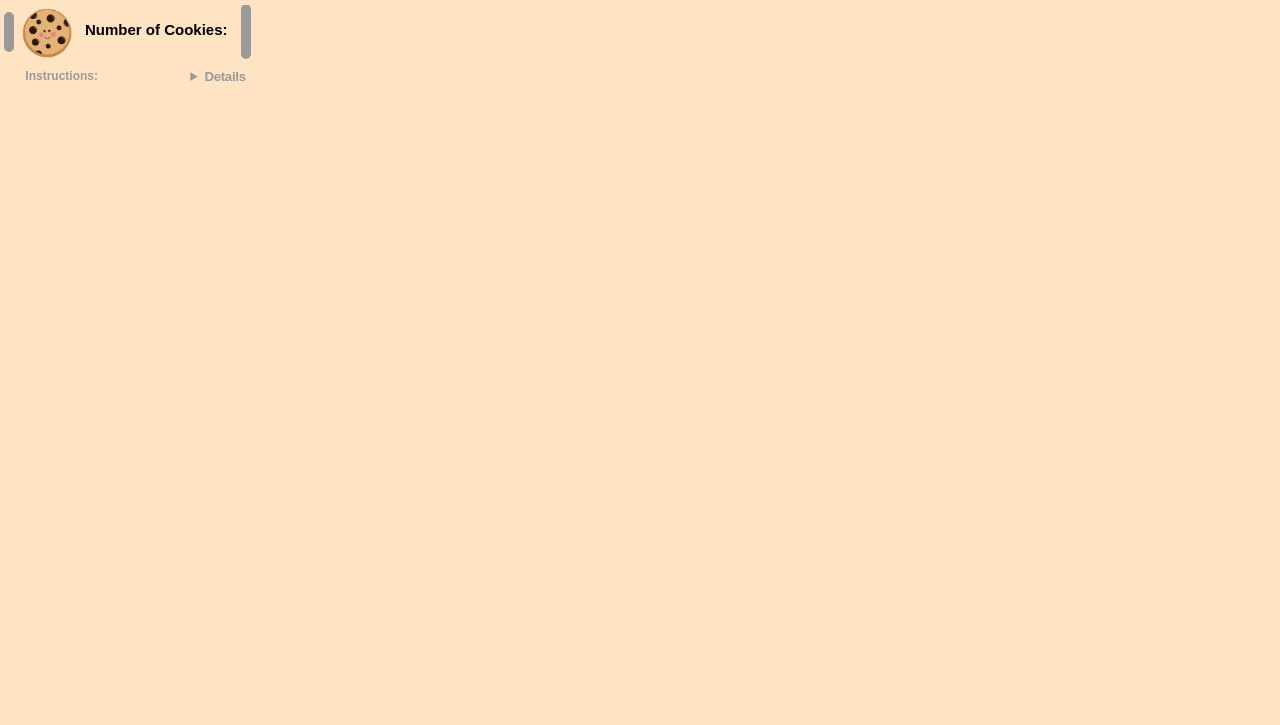
Repository: f00d4tehg0dz/elgato-streamdeck-cookie-clicker
Page: com.f00d4tehg0dz.cookieclicker.sdPlugin/cookieclicker.html
An editor plug-in stored every save of this project. The page is shown before and after the next save, followed by the edit.
The browser window is 1280 px wide. The pictures show the whole page.

Above is the page before, as saved 2022-01-28 12:14:43.

After the next save:
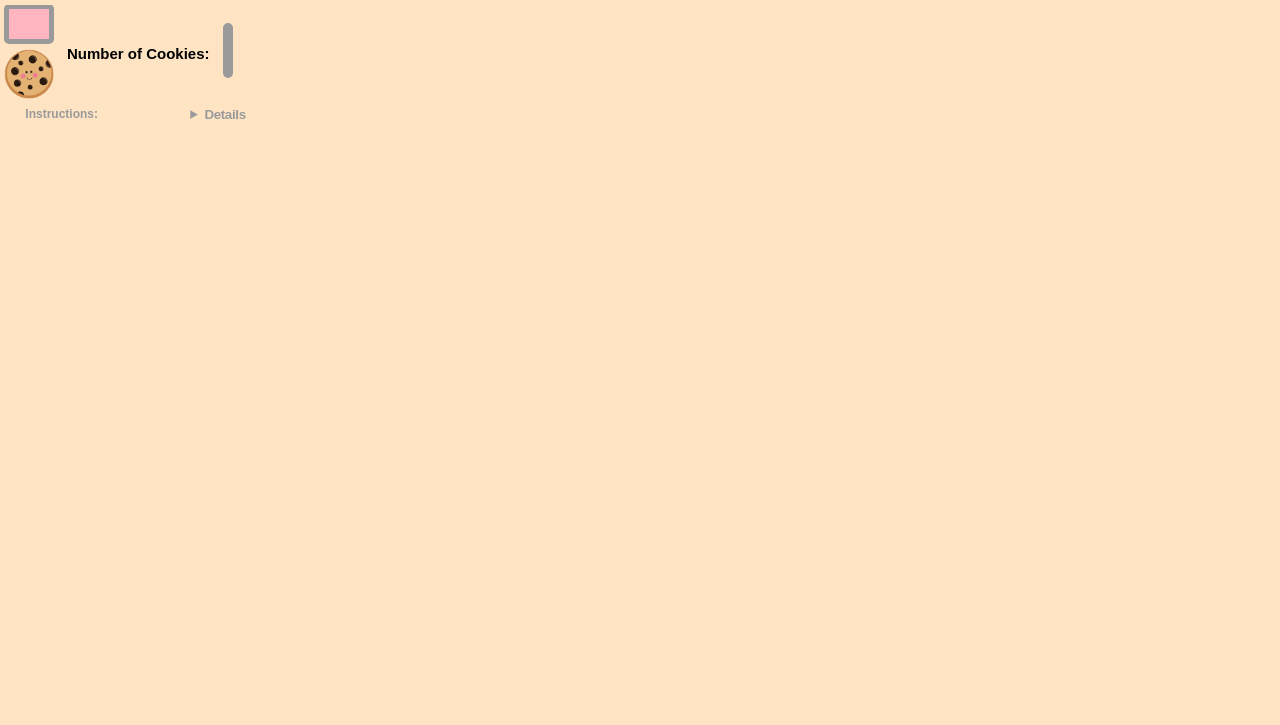
Saved 6 s later.
--- a/com.f00d4tehg0dz.cookieclicker.sdPlugin/cookieclicker.html
+++ b/com.f00d4tehg0dz.cookieclicker.sdPlugin/cookieclicker.html
@@ -16,15 +16,16 @@
     <div class="sdpi-item">
         <span>
             <div id="cookieTitle"></div>
-        </span>
+
 
             <div id="cookie" onclick="updateButton()">
                 <img src="icon-animate.gif" width="50px"/>
             </div>
+        </span>
 
-
+        <span>
             <h2>Number of Cookies:</h2>
-
+        </span>
         <span>
             <div id="cookieNumbers"></div>
         </span>
